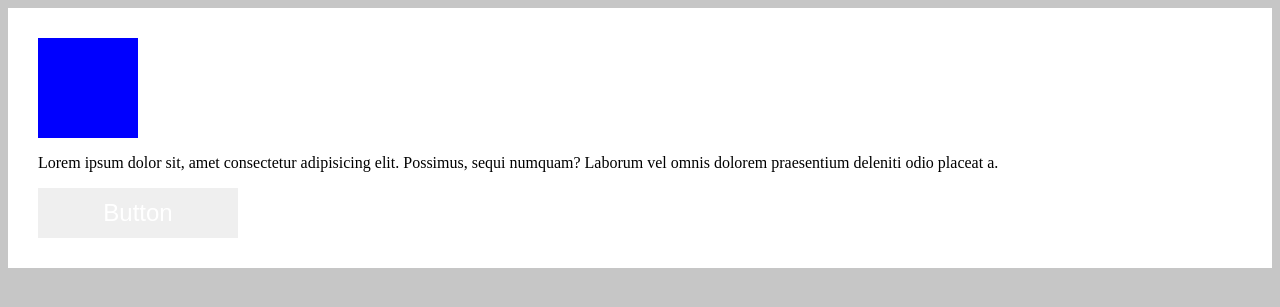
Repository: sparrowkg/TeamWork
Page: index.html
The author's editor kept a copy of each file at every save. The page is drawn from the files as they stood at one save, then again after a run of saves.
The browser window is 1280 px wide. The pictures show the whole page.

Above is the page before, as saved 2024-02-08 12:53:27.

### index.html
<!DOCTYPE html>
<html lang="en">
<head>
    <meta charset="UTF-8">
    <meta name="viewport" content="width=device-width, initial-scale=1.0">
    <title>Document</title>
    <link rel="stylesheet" href="./style.css">
</head>
<body>

    <div class="container">
        <div class="pic"></div>
        <p>Lorem ipsum dolor sit, amet consectetur adipisicing elit. Possimus, sequi numquam? Laborum vel omnis dolorem praesentium deleniti odio placeat a.</p>
        <button>Button</button>
    </div>

</body>
</html>

### style.css

body {
  background-color: #c6c6c6;

}
.container {
    background-color: #fff;
    padding: 30px;
    border-radius: ;
}
.pic {
    width: 100px;
    height: 100px;
    background-color: blue;
}
button {
    color: #fff;
    border: none;
    width: 200px;
    height: 50px;
    font-size: 24px;

}

After the next 4 saves:
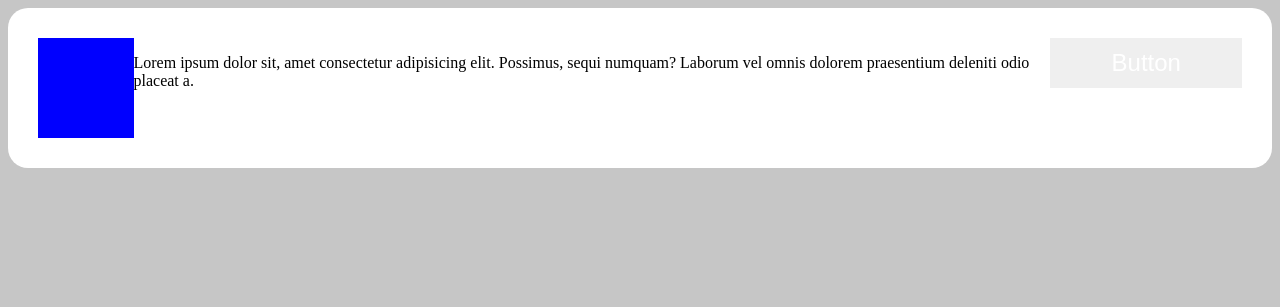
The 4 saves are shown as one change because they came seconds apart.
The last was saved 11 s later.
--- a/style.css
+++ b/style.css
@@ -6,7 +6,9 @@
 .container {
     background-color: #fff;
     padding: 30px;
-    border-radius: ;
+    border-radius: 20px;
+    display: flex;
+
 }
 .pic {
     width: 100px;

After the 4 saves that followed:
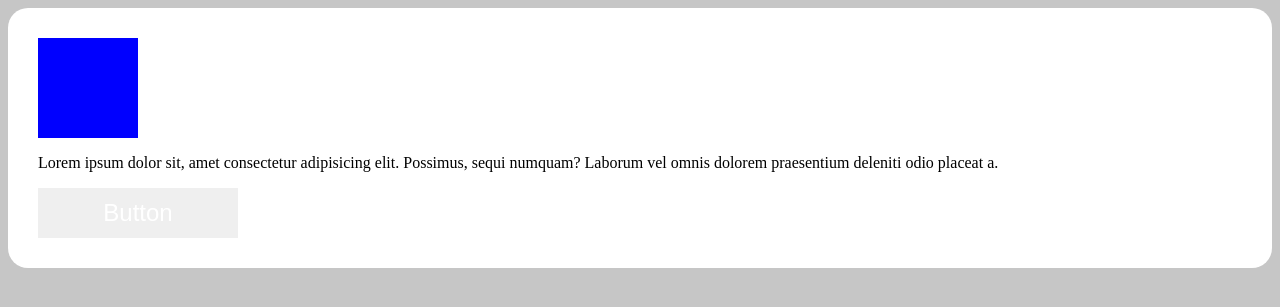
The 4 saves are shown as one change because they came seconds apart.
The last was saved 11 s later.
--- a/style.css
+++ b/style.css
@@ -8,6 +8,7 @@
     padding: 30px;
     border-radius: 20px;
     display: flex;
+    flex-direction: column;
 
 }
 .pic {
